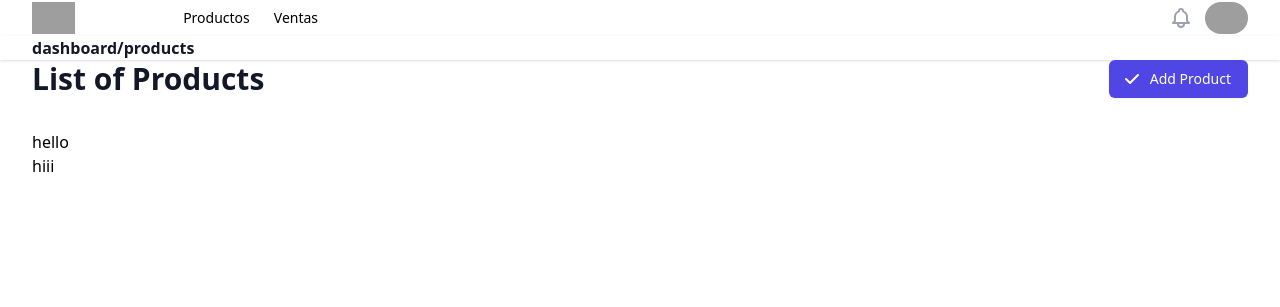
Repository: pvelosa/next-dashboard
Page: /dashboard/products/
The author's editor kept a copy of each file at every save. The page is drawn from the files as they stood at one save, then again after the next save.
The browser window is 1280 px wide. The pictures show the whole page.
Pictures or frames that could not be fetched are drawn as grey boxes. The page's requests for data from a server got no answer. The project was rebuilt for these pictures with package versions that can differ from the ones it lists, and the page was loaded fresh each time. The framework's server and built-in components were replaced by stand-ins that run in the browser. No one was signed in, and anything a server would have sent is missing. Also part of the build but not shown: next.config.js, services/api/products.js, components/FormProduct.js.

Above is the page before, as saved 2022-06-03 07:16:38.

After the next save:
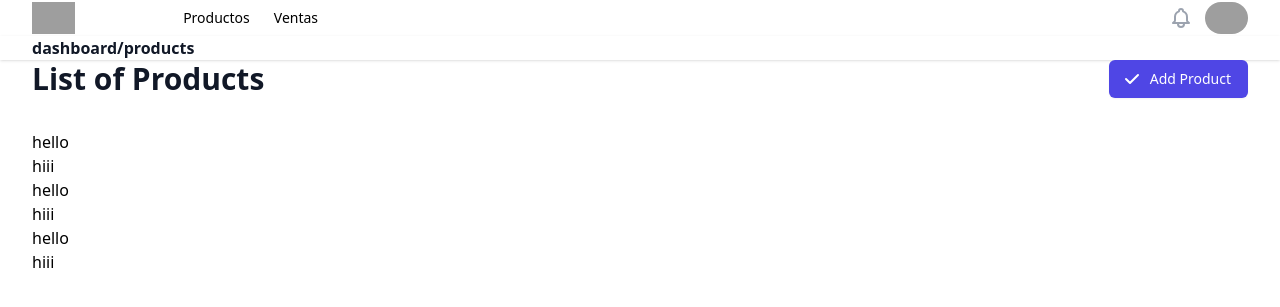
Saved 12 s later.
--- a/pages/dashboard/products.js
+++ b/pages/dashboard/products.js
@@ -46,6 +46,10 @@ export default function Products() {
           </span>
         </div>
       </div>
+      <div>hello</div>
+      <div>hiii</div>
+      <div>hello</div>
+      <div>hiii</div>
       <div>hello</div>
       <div>hiii</div>
 
